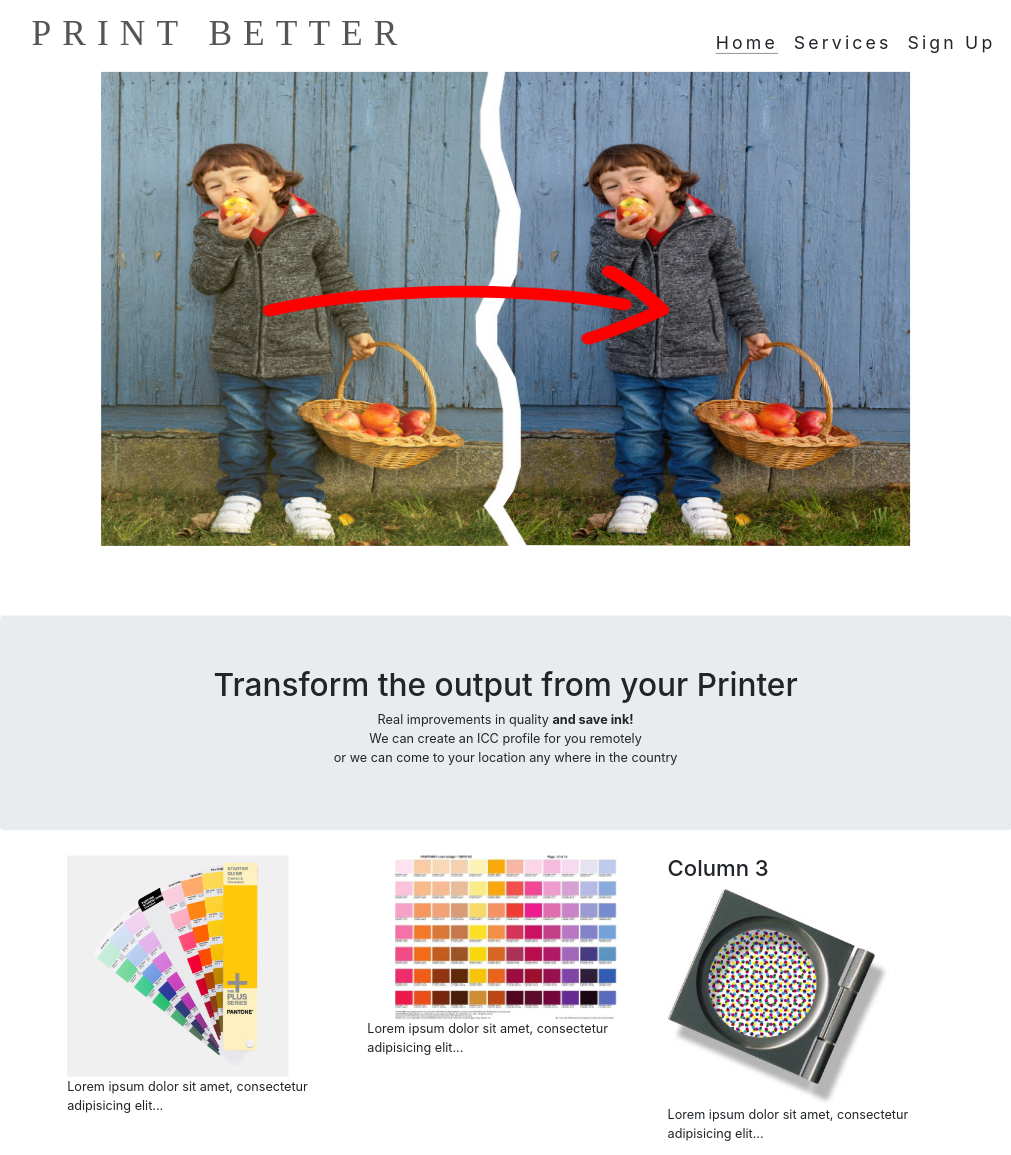
Repository: marks530/first_milestone
Page: index.html
An editor plug-in stored every save of this project. The page is shown before and after the next save, followed by the edit.
The browser window is 1280 px wide. The pictures show the whole page, at 79% of full size.
Some web libraries are served in a nearby version.

Above is the page before, as saved 2021-03-13 16:22:48.

### index.html
<!DOCTYPE html>
<html lang="en">

<head>
    <meta charset="UTF-8">
    <meta http-equiv="X-UA-Compatible" content="IE=edge">
    <meta name="viewport" content="width=device-width, initial-scale=1.0">
    <link href="css/style.css" rel="stylesheet" type="text/css" />
    <link rel="stylesheet" href="https://maxcdn.bootstrapcdn.com/bootstrap/4.2.1/css/bootstrap.min.css" type="text/css" />
    <link rel="stylesheet" href="https://maxcdn.bootstrapcdn.com/font-awesome/4.7.0/css/font-awesome.min.css" type="text/css" />
    <link rel="stylesheet" href="https://cdnjs.cloudflare.com/ajax/libs/hover.css/2.1.1/css/hover-min.css" type="text/css" />
    <title>Print Better</title>
</head>

<body>
    <header>
        <a href="index.html">
            <h2 id="logo">Print Better</h2>
        </a>
        <nav>
            <ul id="menu">
                <li>
                    <a href="#">Sign Up</a>
                </li>
                <li>
                    <a href="#">Services</a>
                </li>

                <li>
                    <a class="active" href="index.html">Home</a>
                </li>

            </ul>
        </nav>
    </header>
    <section>
        <div>
            <ul id="loupe">
                <li>
                    <img src="images/before-after-profile.jpg" class="center">
                </li>
                <li>

                </li>
                <li>

                </li>
                <li>

                </li>
            </ul>
        </div>

    </section>
    <div class="jumbotron text-center">
        <h1>Transform the output from your Printer</h1>
        <p>Real improvements in quality <strong>and save ink!</strong><br>We can create an ICC profile for you remotely <br>or we can come to your location any where in the country
        </p>
    </div>

    <div class="container">
        <div class="row">
            <div class="col-sm-4">

                <img src="images/GG1511-pantone-graphics-starter-guide-pms-spot-color-selections-product-1.jpg" id="reduce">
                <p>Lorem ipsum dolor sit amet, consectetur adipisicing elit...</p>

            </div>
            <div class="col-sm-4">

                <img src="images/175ef3e6fb426de1555684fc70da2bc0.jpg" class="center" id="reduce">
                <p>Lorem ipsum dolor sit amet, consectetur adipisicing elit...</p>

            </div>
            <div class="col-sm-4">
                <h3>Column 3</h3>
                <img src="images/Loupe.png" id="reduce">
                <p>Lorem ipsum dolor sit amet, consectetur adipisicing elit...</p>

            </div>
        </div>
    </div>

</body>

</html>

### css/style.css
* {
    padding: 0;
    margin: 0;
    border: 0;
}

body {
    font-family: Lato;
    color: #777777
}

h2 {
    font-family: Oswald;
    text-transform: uppercase;
    letter-spacing: 14px;
    color: #555555
}

#logo {
    float: left;
    font-size: 280%;
    margin-left: 40px;
}

#menu {
    font-size: 140%;
    list-style-type: none;
    letter-spacing: 4px;
}

#menu {
    line-height: 75px;
}

#menu li {
    float: right;
    margin-right: 20px;
}

#menu a {
    text-decoration: none;
    color: inherit;
}

#menu a:hover {
    border-bottom: 1px solid #777777;
}

.active {
    border-bottom: 1px solid #777777;
}

.center {
    display: block;
    margin-left: auto;
    margin-right: auto;
    width: 80%;
}

div img {
    width: 80%;
    height: 600px;
}

#reduce {
    height: auto;
}

After the next save:
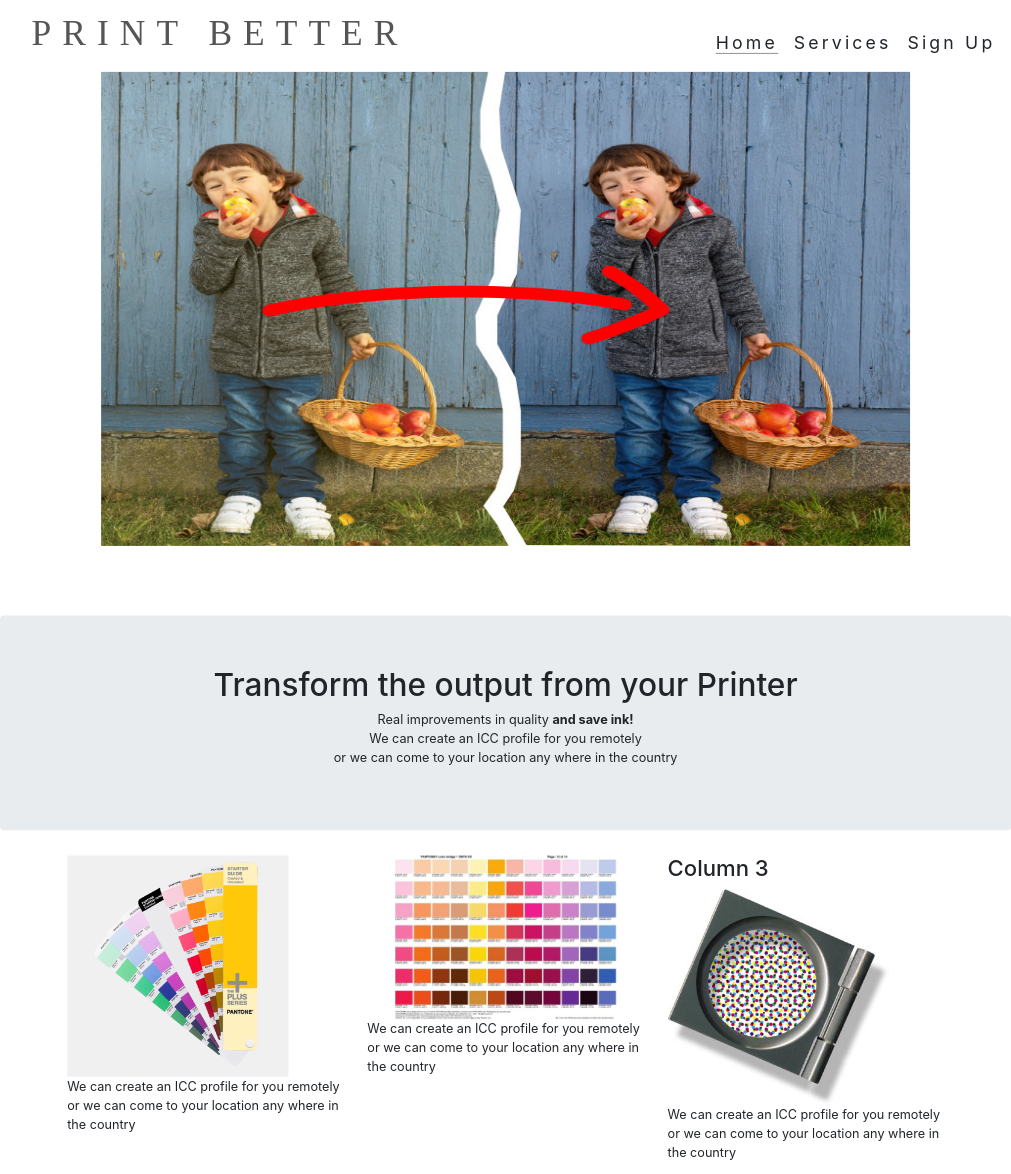
Saved 75 s later.
--- a/index.html
+++ b/index.html
@@ -63,19 +63,19 @@
             <div class="col-sm-4">
 
                 <img src="images/GG1511-pantone-graphics-starter-guide-pms-spot-color-selections-product-1.jpg" id="reduce">
-                <p>Lorem ipsum dolor sit amet, consectetur adipisicing elit...</p>
+                <p>We can create an ICC profile for you remotely or we can come to your location any where in the country</p>
 
             </div>
             <div class="col-sm-4">
 
                 <img src="images/175ef3e6fb426de1555684fc70da2bc0.jpg" class="center" id="reduce">
-                <p>Lorem ipsum dolor sit amet, consectetur adipisicing elit...</p>
+                <p>We can create an ICC profile for you remotely or we can come to your location any where in the country</p>
 
             </div>
             <div class="col-sm-4">
                 <h3>Column 3</h3>
                 <img src="images/Loupe.png" id="reduce">
-                <p>Lorem ipsum dolor sit amet, consectetur adipisicing elit...</p>
+                <p>We can create an ICC profile for you remotely or we can come to your location any where in the country</p>
 
             </div>
         </div>
